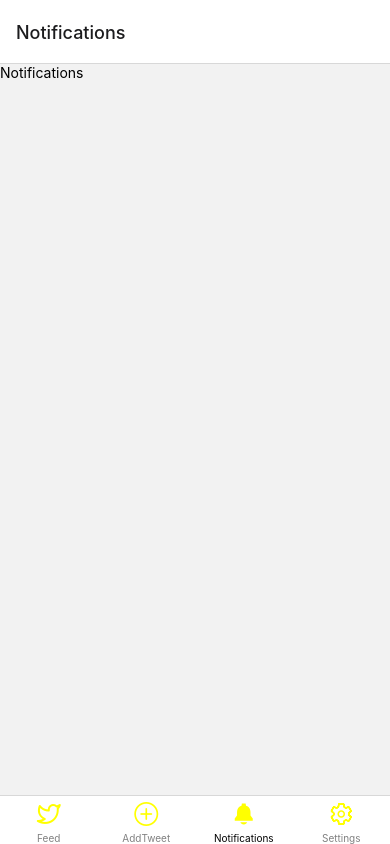
Repository: Deyvid-Kasteh/ReactNativeNavigationTraining
Screen: /Notifications
These files come from the project's save history. The screen is drawn as it stood at one moment and after the next save; the edit follows.
The app was drawn by React Native's web renderer in a window 390 px wide. The project was rebuilt for these pictures with package versions that can differ from the ones it lists, and the page was loaded fresh each time. Also part of the build but not shown: screens/BottomTab/AddTweet.js, screens/BottomTab/Settings.js.

Above is the screen before, as saved 2023-08-03 15:45:18.

### App.js
import "react-native-gesture-handler";
import { StatusBar } from "expo-status-bar";
import { StyleSheet, Text, View } from "react-native";
import NavigationMain from "./NavigationMain";

export default function App() {
  return (

      <NavigationMain />

  );
}

const styles = StyleSheet.create({
  container: {
    flex: 1,
    backgroundColor: "#fff",
    alignItems: "center",
    justifyContent: "center",
  },
});

### NavigationMain.js
import { NavigationContainer } from "@react-navigation/native";
import Feed from "./screens/BottomTab/Feed";
import { StyleSheet, Text, View } from "react-native";
import { createBottomTabNavigator } from "@react-navigation/bottom-tabs";
import Notifications from "./screens/BottomTab/Notifications";
import AddTweet from "./screens/BottomTab/AddTweet";
import Settings from "./screens/BottomTab/Settings";
import { Ionicons } from "@expo/vector-icons";
import { Feather } from "@expo/vector-icons";
import { AntDesign } from "@expo/vector-icons";

// Bottom Tab

const Tab = createBottomTabNavigator();
function TabGroup() {
  return (
    <Tab.Navigator
      screenOptions={() => ({
        tabBarActiveTintColor: "black",
        tabBarInactiveTintColor: "gray",
        tabBarShowLabel: true,
        tabBarIconStyle: { color: "yellow" },
      })}
    >
      <Tab.Screen
        name="Feed"
        component={Feed}
        options={{
          tabBarIcon: ({ focused }) => {
            if (focused) {
              return <Ionicons name="logo-twitter" size={24} />;
            }
            return <Feather name="twitter" size={24} />;
          },
        }}
      />

      <Tab.Screen
        name="AddTweet"
        component={AddTweet}
        options={{
          tabBarIcon: ({ focused }) => {
            if (focused) {
              return <AntDesign name="pluscircle" size={24} />;
            }
            return <AntDesign name="pluscircleo" size={24} />;
          },
        }}
      />
      <Tab.Screen
        name="Notifications"
        component={Notifications}
        options={{
          tabBarIcon: ({ focused }) => {
            if (focused) {
              return <Ionicons name="notifications-sharp" size={24} />;
            }
            return <Ionicons name="notifications-outline" size={24} />;
          },
        }}
      />
      <Tab.Screen
        name="Settings"
        component={Settings}
        options={{
          tabBarIcon: ({ focused }) => {
            if (focused) {
              return <Ionicons name="settings-sharp" size={24} />;
            }
            return <Ionicons name="settings-outline" size={24} />;
          },
        }}
      />
    </Tab.Navigator>
  );
}

export default function NavigationMain() {
  return (
    <NavigationContainer>
      <TabGroup />
    </NavigationContainer>
  );
}

### screens/BottomTab/Feed.js
import { SafeAreaView, StyleSheet, Text, View } from "react-native";

export default function Feed() {
    return (
      <View style={styles.container}>
        <Text>Feed</Text>
      </View>
    );
}

const styles = StyleSheet.create({
  container: {
    flex: 1,
    backgroundColor: "#0099ff",
    justifyContent: "center",
    alignItems: "center",
  },
});

### screens/BottomTab/Notifications.js
import { StyleSheet, Text, View } from 'react-native'
import React from 'react'

const Notifications = () => {
  return (
    <View style={styles.container}>
      <Text>Notifications</Text>
    </View>
  );
}

export default Notifications

const styles = StyleSheet.create({})

After the next save:
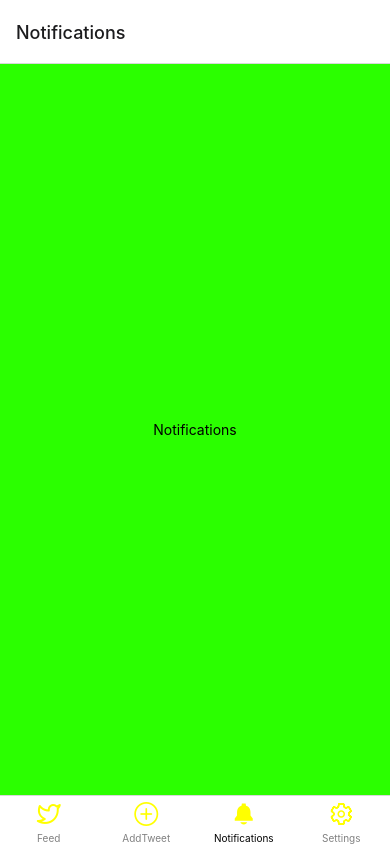
Saved 10 s later.
--- a/screens/BottomTab/Notifications.js
+++ b/screens/BottomTab/Notifications.js
@@ -11,4 +11,11 @@
 
 export default Notifications
 
-const styles = StyleSheet.create({})
+const styles = StyleSheet.create({
+  container: {
+    flex: 1,
+    backgroundColor: "#2bff00",
+    justifyContent: "center",
+    alignItems: "center",
+  },
+});
